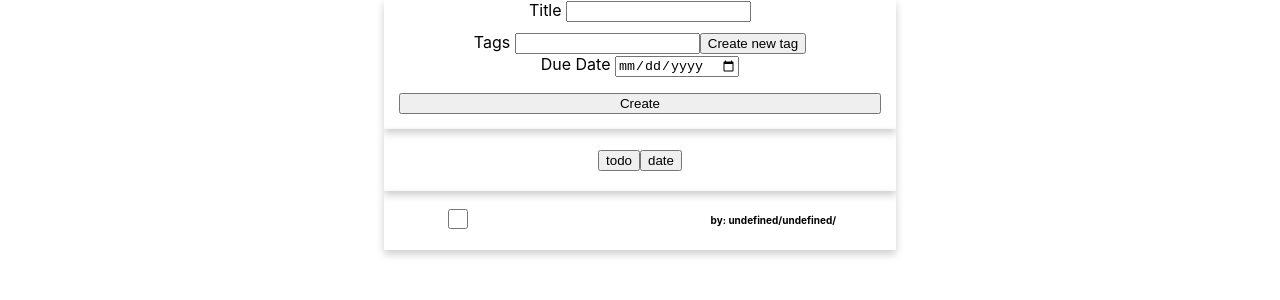
Repository: sanjayMamidipaka/reactappbits
Page: /, after clicking the first element matching `div.submitButton > button`
An editor plug-in stored every save of this project. The page is shown before and after a run of saves, followed by the edit.
The browser window is 1280 px wide. The pictures show the whole page.
The project was rebuilt for these pictures with package versions that can differ from the ones it lists, and the page was loaded fresh each time. Also part of the build but not shown: src/components/Tag.css, src/components/Tag.tsx.

Above is the page before, as saved 2022-01-18 21:50:55.

### src/App.tsx
import logo from './logo.svg';
import './App.css';
import TodoList from './components/TodoList';

function App() {
  return (
    <div className="App">
      <TodoList/>
    </div>
  );
}

export default App;

### src/components/TodoList.tsx
import React, { EventHandler } from 'react'
import './TodoList.css'
import { useState } from 'react'
import Tag from './Tag'
import TodoItem from './TodoItem'
/**
 * Thank you for applying to Bits of Good. You are free to add/delete/modify any
 * parts of this project. That includes changing the types.ts, creating css files,
 * modifying import statements, using contexts, etc. We do recommend to keep it simple.
 * You will not be judged based on complexity. We also recommend using
 * multiple components instead of coding everything on this file :)
 *
 * Have fun! Please reach out to hello@bitsofgood.org or wkim330@gatech.edu if you
 * have any questions!
 *
 * Bits of Good Engineering Team
 *
 */
// TODO: Start coding from here

// Here's a baseline todo item type.
// Feel free to extend or create your own interface!

export default function TodoList() {
  const [title, setTitle] = useState('');
  const [tagValue, setTagValue] = useState('');
  const [index, setIndex] = useState(0);
  const [date, setDate] = useState('');
  const completedItems: any[] = [];
  const [todoListCompletedItems, setTodoListCompletedItems] = useState(completedItems);
  const [todoToggle, setTodoToggle] = useState(false);
  const [dateToggle, setDateToggle] = useState(false);
  const [checked, setChecked] = useState(false);

  const [tagArray, setTagArray] = useState<{name1: string, index1: number}[]>([]);

    const addNewTag = (e: React.MouseEvent<HTMLButtonElement>) => {
      e.preventDefault();
      if (tagValue !== "") {
        setTagArray((tagArray: {name1: string, index1: number}[]) => {
          return [...tagArray, {name1: tagValue, index1: index}];
        });
      }
      setIndex(index + 1);
      setTagValue('');

    }

    const removeElement = (index: number) => {
      setTagArray((tagArray)=>{
        let newTagArray = tagArray.filter((tagObject) => tagObject.index1 !== index);

        return newTagArray;
      })
      console.log(tagArray);

    }

    const handleSubmit = (e: React.MouseEvent<HTMLButtonElement>) => {
      const itemToAdd: any = {
      title: title,
      dueDate: date,
      tagList: tagArray,
      completed: false,
      idx: new Date().getTime().toString(),
      checked: checked,
    }
    setTitle('');
    setTodoListCompletedItems([...todoListCompletedItems, itemToAdd]);
    setTagArray([]);
    setDate('');
    }

    const sortByDate = () => {
      setDateToggle(!dateToggle);


      if (todoToggle === true) {
        console.log(todoListCompletedItems)
        // todoListCompletedItems.sort((a,b) => {
        //   console.log(a + " " + b);

        //   a = a ? 1 : 0;
        //   b = b ? 1 : 0;
        //   return a - b;
        // })
      }

    }
  return (
    <div>
  <div className="card">
    <label htmlFor="nameLabel">Title </label>
        <input
          type="text"
          value={title}
          onChange={(e) => setTitle(e.target.value)}
        />
        <div style={{padding: '5px'}}></div>

        <label htmlFor="tagLabel">Tags </label>
        <input
          type="text"
          value={tagValue}
          onChange={(e) => setTagValue(e.target.value)}
        />
        <button type="submit" onClick={addNewTag}>
          Create new tag
        </button>

        <div>
          {tagArray.map((tagObject: {name1: string, index1: number}) => {
            return <Tag name={tagObject.name1} key={tagObject.index1} theIndex={tagObject.index1} remove={removeElement} include={"x"}></Tag>
          })}
        </div>

        <label htmlFor="dueDateLabel">Due Date </label>
        <input
          type="date"
          value={date}
          onChange={(e) => {
            setDate(e.target.value);
          }}
        />

        <div style={{padding: '15px'}} className = 'submitButton'>
          <button style ={{width: '100%'}} type='submit' onClick={handleSubmit}>Create</button>
        </div>

      </div>

      <div className="card">
          <div style={{padding: '10px'}}></div>
          <button onClick={sortByDate}>todo</button>
          <button>date</button>
          <div style={{padding: '10px'}}></div>
      </div>

      <div>
          {todoListCompletedItems.map((todoListItem) => {
            return <TodoItem todoListItem={todoListItem} key={todoListItem.idx} index={todoListItem.idx} setChecked={setChecked}></TodoItem>
          })}
        </div>

        </div>
  )
}

### src/components/TodoList.css
.card {
  /* Add shadows to create the "card" effect */
  box-shadow: 0 4px 8px 0 rgba(0,0,0,0.2);
  transition: 0.3s;
  width: 40%;
  margin: 0 auto;
}

/* On mouse-over, add a deeper shadow */
.card:hover {
  box-shadow: 0 8px 16px 0 rgba(0,0,0,0.2);
}

/* Add some padding inside the card container */
.container {
  padding: 2px 16px;
}

### src/components/TodoItem.tsx
import React, { EventHandler } from 'react'
import { transform } from 'typescript';
import { useState } from 'react';
import Tag from './Tag';
import './TodoItem.css';

// export const isChecked = () => {
//     return checked;
// }

export default function TodoItem({todoListItem, index, setChecked}: {todoListItem: any, index: string, setChecked: Function}) {
    const {title, dueDate, tagList, completed} = todoListItem;

    const transformDate = (dueDate: string) => {
        const date: string = dueDate;
        const splitted = date.split('-')
        const newDate = splitted[2] + "/" + splitted[1] + "/" + splitted[0];
        return newDate
    }

    const setCheckedNext = (thing: boolean) => {
        setChecked(thing);
    }

    return (
        // <div className="card">
        //     <input type="checkbox" className="checkBox"/>
        //     <h6 className="date">by: {dueDate}</h6>
        <div className="card">
            <div className="grid-container">
                <div className="grid-item">
                    <input type="checkbox" onChange={(e)=> setCheckedNext(e.target.checked)}/>
                </div>
                <div className="grid-item">
                    <h1 style={{fontSize: '30px', marginBottom: '-15px'}}>{title}</h1>
                    {tagList.map((tagObject: {name1: string, index1: number}, index: number) => {
                        return <Tag name={tagObject.name1} key={tagObject.index1} theIndex={tagObject.index1} remove={()=>{}} include={""}></Tag>
                    })}
                    </div>
                <div className="grid-item"><h6 style={{fontSize: "10px"}}>by: {transformDate(dueDate)}</h6></div>
            </div>
        </div>
    )
}

### src/components/TodoItem.css
.card {
  /* Add shadows to create the "card" effect */
  box-shadow: 0 4px 8px 0 rgba(0,0,0,0.2);
  transition: 0.3s;
  width: 40%;
}

/* On mouse-over, add a deeper shadow */
.card:hover {
  box-shadow: 0 8px 16px 0 rgba(0,0,0,0.2);
}

.grid-container {
  display: grid;
  grid-template-columns: auto auto auto;
  padding: 0px;
  align-items: center;

}

.grid-item {
  padding: 0px;
  font-size: 20px;
  text-align: center;
  vertical-align: center;
  /* border: 1px solid rgba(0, 0, 0, 0.8); */
}

input[type=checkbox] {
    height: 20px;
    width: 20px;
}

Loaded but not shown: public/index.html (common file); src/index.tsx (common file); src/index.css (common file); src/reportWebVitals.js (common file); src/App.css (common file)

After the next 2 saves:
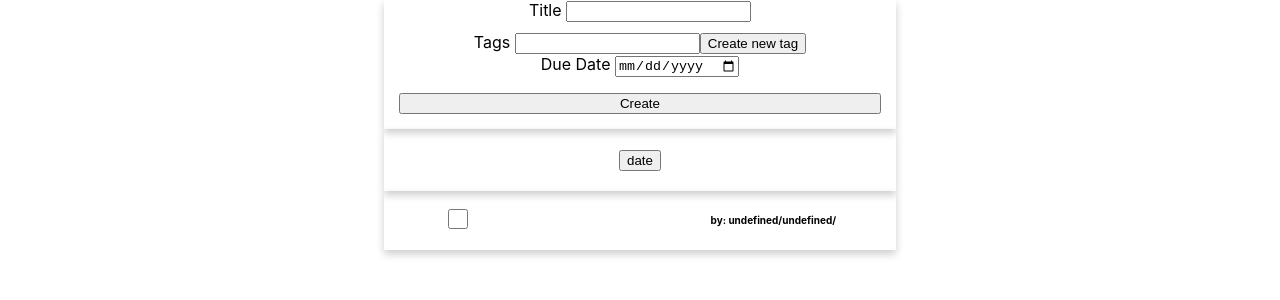
The 2 saves are shown as one change because they came seconds apart.
The last was saved 5 s later.
--- a/src/components/TodoList.tsx
+++ b/src/components/TodoList.tsx
@@ -131,8 +131,7 @@ export default function TodoList() {
 
       <div className="card">
           <div style={{padding: '10px'}}></div>
-          <button onClick={sortByDate}>todo</button>
-          <button>date</button>
+          <button onClick={sortByDate}>date</button>
           <div style={{padding: '10px'}}></div>
       </div>
 
